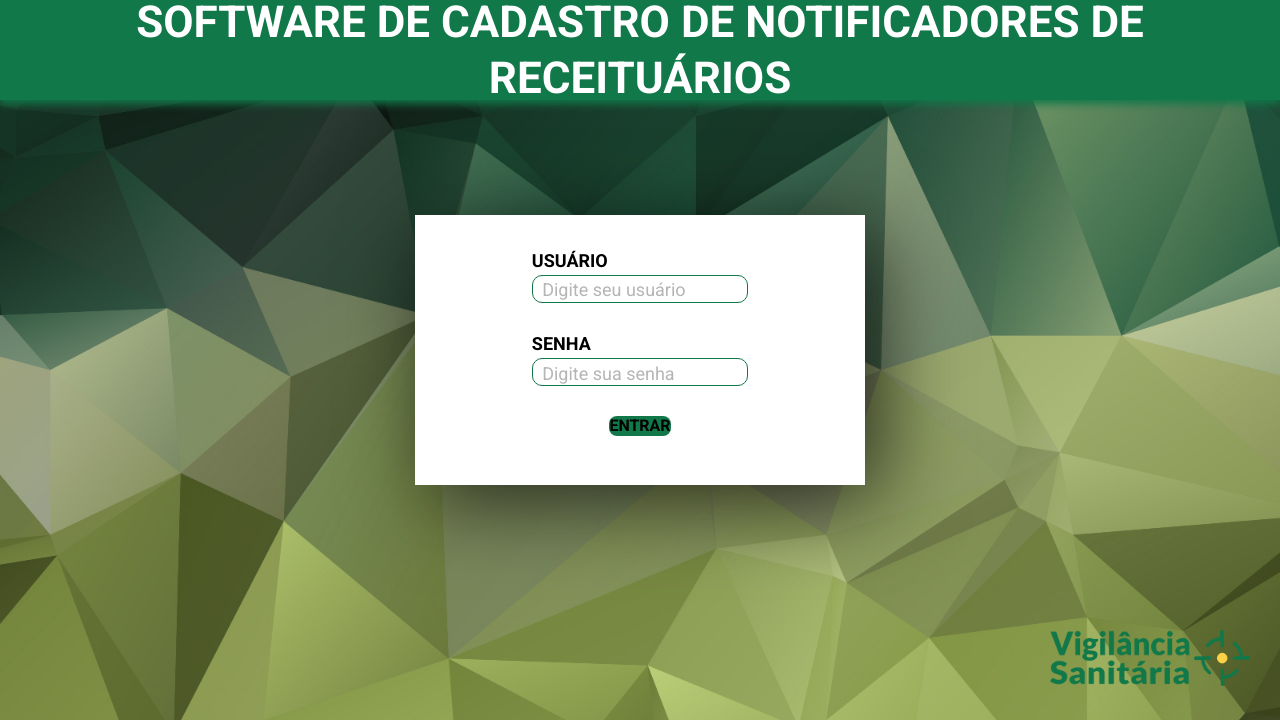
Repository: milena-rosa/web-prescription-notifier
Page: /
The author's editor kept a copy of each file at every save. The page is drawn from the files as they stood at one save, then again after the next save.
The browser window is 1280 px wide. The pictures show the whole page.
The project was rebuilt for these pictures with package versions that can differ from the ones it lists, and the page was loaded fresh each time. Also part of the build but not shown: src/pages/Home/styles.ts, src/pages/Home/index.tsx.

Above is the page before, as saved 2021-11-07 13:26:00.

### public/index.html
<!DOCTYPE html>
<html lang="en">

<head>
  <meta charset="utf-8" />
  <link rel="preconnect" href="https://fonts.googleapis.com">
  <link rel="preconnect" href="https://fonts.gstatic.com" crossorigin>
  <link href="https://fonts.googleapis.com/css2?family=Roboto:wght@400;700&display=swap" rel="stylesheet">
  <!-- <link rel="icon" href="%PUBLIC_URL%/favicon.ico" /> -->
  <meta name="viewport" content="width=device-width, initial-scale=1" />
  <meta name="theme-color" content="#000000" />
  <title>Cadastro de Notificadores de Receituários</title>
</head>

<body>
  <noscript>You need to enable JavaScript to run this app.</noscript>
  <div id="root"></div>
</body>

</html>

### src/index.tsx
import React from 'react'
import ReactDOM from 'react-dom'

import { App } from './App'

ReactDOM.render(
  <React.StrictMode>
    <App />
  </React.StrictMode>,
  document.getElementById('root')
)

### src/App.tsx
import React from 'react'
import { BrowserRouter as Router } from 'react-router-dom'

import { Routes } from './routes'
import { GlobalStyle } from './styles/global'

export function App() {
  return (
    <Router>
      <Routes />
      <GlobalStyle />
    </Router>
  )
}

### src/routes/index.tsx
import React from 'react'
import { Switch } from 'react-router-dom'

import { Home } from '../pages/Home'
import { SignIn } from '../pages/SignIn'
import { Route } from './Route'

// import { useAuth } from '../hooks/useAuth'

export function Routes() {
  // const { loading } = useAuth()

  // if (loading) {
  //   return <h1>Abrindo...</h1>
  // }

  return (
    <Switch>
      <Route path="/" exact component={SignIn} />
      <Route path="/home" exact component={Home} isPrivate />
    </Switch>
  )
}

### src/styles/global.ts
import { createGlobalStyle } from 'styled-components'

export const GlobalStyle = createGlobalStyle`
  :root {
    --black: #000000;
    --gray: #b5b5b5;
    --white: #ffffff;

    --green-primary: #117849;
    --green-primary-70: rgba(17, 120, 73, 0.7);
    --green-primary-30: rgba(17, 120, 73, 0.3);
    --green-primary-5: rgba(17, 120, 73, 0.05);

    --light-green: #dbebe4;
    --brownish-green: #51665c;

    --red: #ff0000;
    --yellow: #f6ff8f;
  }

  * {
    box-sizing: border-box;
    margin: 0;
    padding: 0;
  }

  html {
    @media (max-width: 1080px) {
      font-size: 93.75%; // 15px
    }

    @media (max-width: 720px) {
      font-size: 87.5%; // 14px
    }
  }

  body {
    background: var(--white);
    color: var(--black);
    -webkit-font-smoothing: antialiased;
  }

  body, input, textarea, button, select {
    font-family: 'Roboto', sans-serif;
    font-weight: 400;
  }

  button {
    border: none;
    cursor: pointer;
  }

  .react-modal-overlay {
    align-items: center;
    background: rgba(0, 0, 0, 0.5);
    bottom: 0;
    display: flex;
    justify-content: center;
    left: 0;
    position: fixed;
    right: 0;
    top: 0;
    z-index: 11;
  }

  .react-modal-content {
    background: var(--white);
    border-radius: 0.25rem;
    min-height: 2.4rem;
    max-width: 41rem;
    position: relative;
    z-index: 12;
  }

  .react-modal-close {
    background: transparent;
    border: 0;
    position: absolute;
    right: 1rem;
    top: 1rem;
    transition: filter 0.2s;

    &:hover {
      filter: brightness(0.8);
    }
  }
`

### src/pages/SignIn/index.tsx
import React from 'react'

import logo from '../../assets/logo.png'
import { Button } from '../../components/Button'
import { Input } from '../../components/Input'
import { useForm } from '../../hooks/useForm'
import { Container } from './styles'

interface SignInFormValues {
  user: string
  password: string
}

export const SignIn: React.FC = () => {
  const {
    data: { user, password },
    handleChange,
    errors
  } = useForm<SignInFormValues>({
    initialValues: { user: '', password: '' },
    onSubmit: (event) => console.log(event),
    validations: {
      user: { required: { value: true, message: 'Preencha o campo obrigatório.' } },
      password: { required: { value: true, message: 'Preencha o campo obrigatório.' } }
    }
  })

  return (
    <Container>
      <header>Software de Cadastro de Notificadores de Receituários</header>
      <div>
        <Input
          name="user"
          label="Usuário"
          type="text"
          placeholder="Digite seu usuário"
          value={user}
          onChange={handleChange('user')}
          errors={errors.user}
          containerStyle={{ marginBottom: '1.875rem' }}
        />
        <Input
          name="password"
          label="Senha"
          type="password"
          placeholder="Digite sua senha"
          value={password}
          onChange={handleChange('password')}
          errors={errors.password}
          containerStyle={{ marginBottom: '1.875rem' }}
        />
        <Button>Entrar</Button>
      </div>
      <footer>
        <img src={logo} alt="Vigilância Sanitária" />
      </footer>
    </Container>
  )
}

### src/routes/Route.tsx
import React, { ComponentType } from 'react'
import { RouteProps as ReactDOMRouteProps, Route as ReactDOMRoute, Redirect } from 'react-router-dom'

interface IRouteProps extends ReactDOMRouteProps {
  isPrivate?: boolean
  component: ComponentType
}

export function Route({ isPrivate = false, component: Component, ...rest }: IRouteProps) {
  const isSigned = false

  return (
    <ReactDOMRoute
      {...rest}
      render={({ location }) =>
        (isPrivate && isSigned) || (!isPrivate && !isSigned) ? (
          <Component />
        ) : (
          <Redirect
            to={{
              pathname: isPrivate ? '/' : '/home',
              state: { from: location }
            }}
          />
        )
      }
    />
  )
}

### src/components/Button/index.tsx
import React, { ButtonHTMLAttributes } from 'react'

import { Container } from './styles'

interface ButtonProps extends ButtonHTMLAttributes<HTMLButtonElement> {
  buttonStyle?: object
}

export function Button({ children, buttonStyle = {}, ...rest }: ButtonProps) {
  return (
    <Container style={buttonStyle} {...rest}>
      {children}
    </Container>
  )
}

### src/components/Input/index.tsx
import React, { InputHTMLAttributes, useCallback, useState } from 'react'

import { Container, InputInformationContainer, Error, InputContainer } from './styles'

interface InputProps extends InputHTMLAttributes<HTMLInputElement> {
  name: string
  label?: string
  errors?: string
  containerStyle?: object
  inputStyle?: object
}

export const Input = ({
  name,
  label,
  containerStyle = {},
  inputStyle = {},
  errors,
  value,
  onBlur,
  disabled = false,
  ...rest
}: InputProps) => {
  const [isFocused, setIsFocused] = useState(false)

  const handleInputFocus = useCallback(() => {
    setIsFocused(true)
  }, [])

  const handleInputBlur = useCallback(
    (event: React.FocusEvent<HTMLInputElement>) => {
      if (onBlur) {
        onBlur(event)
      }
      setIsFocused(false)
    },
    [onBlur]
  )

  return (
    <Container>
      <InputInformationContainer>{!!label && <label htmlFor={name}>{label}</label>}</InputInformationContainer>
      <InputContainer style={containerStyle} isFocused={isFocused} isInvalid={!!errors} disabled={disabled}>
        <input
          {...rest}
          value={value || ''}
          id={name}
          name={name}
          onFocus={handleInputFocus}
          onBlur={handleInputBlur}
          style={inputStyle}
        />
      </InputContainer>
      {!!errors && <Error>{errors}</Error>}
    </Container>
  )
}

### src/hooks/useForm.ts
import { ChangeEvent, FormEvent, useState } from 'react'

interface Validation {
  required?: {
    value: boolean
    message: string
  }
  pattern?: {
    value: string
    message: string
  }
  custom?: {
    isValid: (value: any) => boolean
    message: string
  }
}

type Validations<T extends {}> = Partial<Record<keyof T, Validation>>
type ErrorRecord<T> = Partial<Record<keyof T, string>>

export type FormOptions<T extends {}> = {
  validations?: Validations<T>
  initialValues?: Partial<T>
  onSubmit?: (event?: any) => void
}

export type FormReturn<T extends {}> = {
  data: T
  handleChange: <S extends unknown>(
    key: keyof T,
    sanitizeFn?: ((value: string) => S) | undefined
  ) => (event: ChangeEvent<HTMLInputElement & HTMLSelectElement & HTMLTextAreaElement>) => void
  handleSubmit: (event: FormEvent<HTMLFormElement>) => Promise<void>
  reset: () => void
  setValue: (key: keyof T, value: any) => void
  errors: Partial<Record<keyof T, string>>
}

export const useForm = <T extends Record<keyof T, any>>(options?: FormOptions<T>) => {
  const [data, setData] = useState<T>((options?.initialValues || {}) as T)
  const [errors, setErrors] = useState<ErrorRecord<T>>({})

  const handleChange =
    <S extends unknown>(key: keyof T, sanitizeFn?: (value: string) => S) =>
    (event: ChangeEvent<HTMLInputElement & HTMLSelectElement & HTMLTextAreaElement>) => {
      const value =
        event.target.type === 'checkbox'
          ? event.target.checked
          : sanitizeFn
          ? sanitizeFn(event.target.value)
          : event.target.value

      setData({
        ...data,
        [key]: value
      })
    }

  const handleSubmit = async (event: FormEvent<HTMLFormElement>) => {
    event?.preventDefault()

    const validations = options?.validations
    if (validations) {
      let valid = true
      const newErrors: Partial<Record<keyof T, string>> = {}

      for (const key in validations) {
        const value = data[key]
        const validation = validations[key]

        if (validation?.required?.value && !value) {
          valid = false
          newErrors[key] = validation?.required?.message
        }

        const pattern = validation?.pattern
        if (pattern?.value && !RegExp(pattern.value).test(value)) {
          valid = false
          newErrors[key] = pattern.message
        }

        const custom = validation?.custom
        if (custom?.isValid && !custom.isValid(value)) {
          valid = false
          newErrors[key] = custom.message
        }
      }

      if (!valid) {
        setErrors(newErrors)
        return
      }
    }

    setErrors({})

    if (options?.onSubmit) {
      options.onSubmit()
    }
  }

  const reset = () => {
    setData({} as T)
    setErrors({})
  }

  const setValue = (key: keyof T, value: any) => {
    setData({
      ...data,
      [key]: value
    })
  }

  return {
    data,
    handleChange,
    handleSubmit,
    reset,
    setValue,
    errors
  }
}

### src/pages/SignIn/styles.ts
import styled from 'styled-components'

import backgroundImg from '../../assets/background.png'

export const Container = styled.div`
  align-items: center;
  background: url(${backgroundImg}) no-repeat center center fixed;
  background-size: cover;
  bottom: 0;
  display: flex;
  flex-direction: column;
  justify-content: space-between;
  left: 0;
  position: fixed;
  right: 0;
  top: 0;
  z-index: 11;

  header {
    align-items: center;
    background: var(--green-primary);
    color: var(--white);
    display: flex;
    filter: drop-shadow(0px 4px 4px var(--green-primary));
    font-weight: bold;
    font-size: 2.75rem;
    height: 6.25rem;
    justify-content: center;
    line-height: 3.5rem;
    text-align: center;
    text-transform: uppercase;
    width: 100%;
  }

  > div {
    align-items: center;
    background-color: var(--white);
    display: flex;
    filter: drop-shadow(15px 15px 42px rgba(0, 0, 0, 0.7));
    flex-direction: column;
    height: 16.875rem;
    padding: 2.1875rem 4.6875rem;
    width: 28.125rem;
  }

  footer {
    /* background: lime; */
    align-self: flex-end;

    > img {
      margin: 1.875rem;
      width: 12.5rem;
    }
  }
`

### src/components/Button/styles.ts
import styled from 'styled-components'

export const Container = styled.button`
  background: var(--green-primary);
  border: 0;
  border-radius: 0.5rem;
  color: var(--gray-80);
  font-weight: bold;
  font-size: 1rem;
  line-height: 1.25rem;
  text-align: center;
  text-transform: uppercase;
  display: flex;
  align-items: center;
  justify-content: center;

  &:disabled {
    background: var(--gray-20);
    box-shadow: 0 6px 12px rgba(51, 51, 51, 0.25);
    color: var(--gray-40);
  }

  &:hover {
    transform: translate(1px, 1px);
  }
`

### src/components/Input/styles.ts
import styled, { css } from 'styled-components'

export const Container = styled.div`
  display: flex;
  flex-direction: column;
`

interface InputContainerProps {
  isFocused: boolean
  isInvalid: boolean
  disabled: boolean
}

export const InputContainer = styled.div<InputContainerProps>`
  background: ${(props) => (props.disabled ? 'var(--gray-20)' : 'var(--green-primary-15)')};
  border: 1px solid ${(props) => (props.disabled ? 'transparent' : 'var(--green-primary)')};
  border-radius: 0.625rem;
  color: ${(props) => (props.disabled ? 'var(--gray-60)' : 'var(--black)')};
  height: 1.76rem;
  position: relative;

  ${(props) =>
    props.isFocused &&
    css`
      border-color: var(--blue-primary);
    `}

  ${(props) =>
    props.isInvalid &&
    css`
      border-color: var(--orange);
    `}

  input {
    background: transparent;
    border: 0;
    font-size: 1.125rem;
    line-height: 1.3125rem;
    height: 100%;
    min-height: 1.76rem;
    outline: 0;
    padding-left: 0.58rem;
    width: 100%;

    &::placeholder {
      color: var(--gray);
    }
  }
`

export const InputInformationContainer = styled.div`
  align-items: baseline;
  display: flex;
  justify-content: space-between;

  label {
    color: var(--black);
    display: block;
    font-size: 1.125rem;
    font-weight: bold;
    line-height: 1.3125rem;
    text-transform: uppercase;
    margin-bottom: 0.25rem;
  }
`

export const Error = styled.p`
  color: var(--orange);
  font-size: 1rem;
  line-height: 1.25rem;
  margin-top: 0.5rem;
`

After the next save:
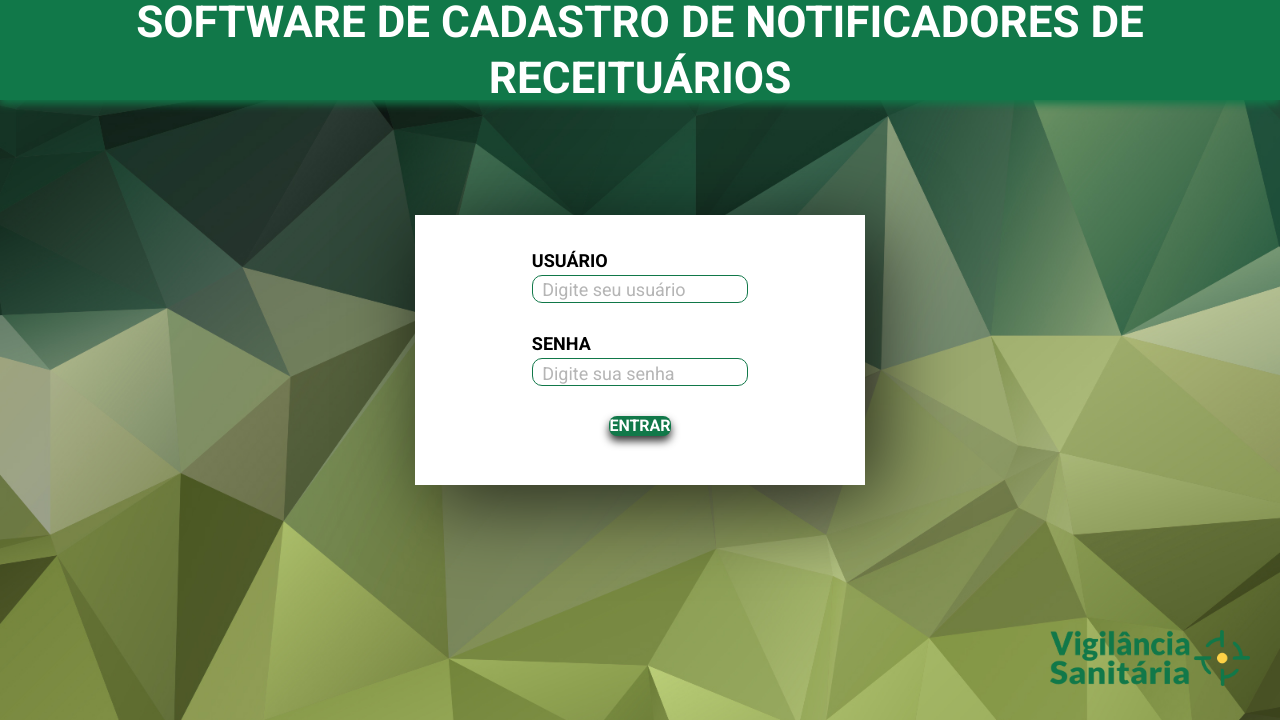
Saved 21 s later.
--- a/src/components/Button/styles.ts
+++ b/src/components/Button/styles.ts
@@ -4,7 +4,9 @@
   background: var(--green-primary);
   border: 0;
   border-radius: 0.5rem;
-  color: var(--gray-80);
+  box-shadow: 0px 5px 8px rgba(0, 0, 0, 0.8);
+
+  color: var(--white);
   font-weight: bold;
   font-size: 1rem;
   line-height: 1.25rem;
